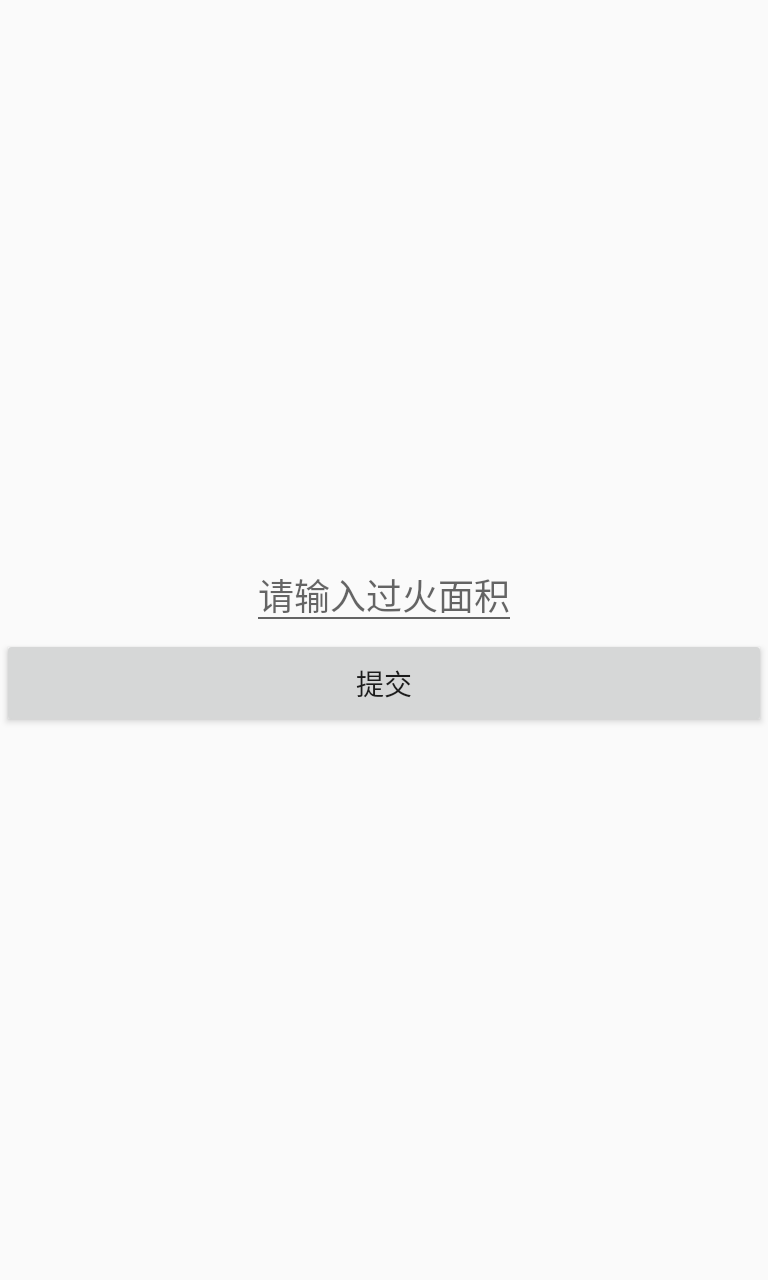
Repository: hohoTT/fireWork_handle_app
Layout: fireWork_handle_app/res/layout/normal_fire_water.xml
An editor plug-in stored every save of this project. The layout is shown before and after the next save, followed by the edit.
It is drawn on a 768 x 1280 px phone screen (xhdpi) without system bars, with theme AppTheme; the app's code is not run.

Above is the layout before, as saved 2016-03-02 04:44:06.

### fireWork_handle_app/res/layout/normal_fire_water.xml
<?xml version="1.0" encoding="utf-8"?>
<LinearLayout xmlns:android="http://schemas.android.com/apk/res/android"
    android:layout_width="match_parent"
    android:layout_height="match_parent"
    android:gravity="center_vertical"
    android:orientation="vertical" >

    <EditText
        android:id="@+id/fire_area"
        android:layout_width="wrap_content"
        android:layout_height="wrap_content"
        android:layout_gravity="center_horizontal"
        android:hint="@string/fire_area" />

    <Button
        android:id="@+id/btu_normal_fire_send"
        android:layout_width="match_parent"
        android:layout_height="wrap_content"

        android:text="@string/btn_send" />

</LinearLayout>

### fireWork_handle_app/res/values/strings.xml
<?xml version="1.0" encoding="utf-8"?>
<resources>

    <string name="app_name">fireWork_handle_app</string>
    <string name="hello_world">Hello world!</string>
    <string name="action_settings">Settings</string>


    <string name="btu_fire_calculate">现场计算</string>
    <string name="btu_fire_plan">火灾预案</string>
    <string name="btu_fire_agent">火灾剂用量计算</string>
    <string name="btu_water_power">供水压力计算</string>
    <string name="btu_normal_fire">一般火灾计算</string>
    <string name="btu_oilcan_fire">油罐火灾计算</string>
    <string name="fire_area">请输入过火面积</string>


    <string name="btn_send">提交</string>


</resources>

Loaded but not shown: fireWork_handle_app/res/values/styles.xml (common file); fireWork_handle_app/res/values-v11/styles.xml (common file); fireWork_handle_app/res/values-v14/styles.xml (common file)

After the next save:
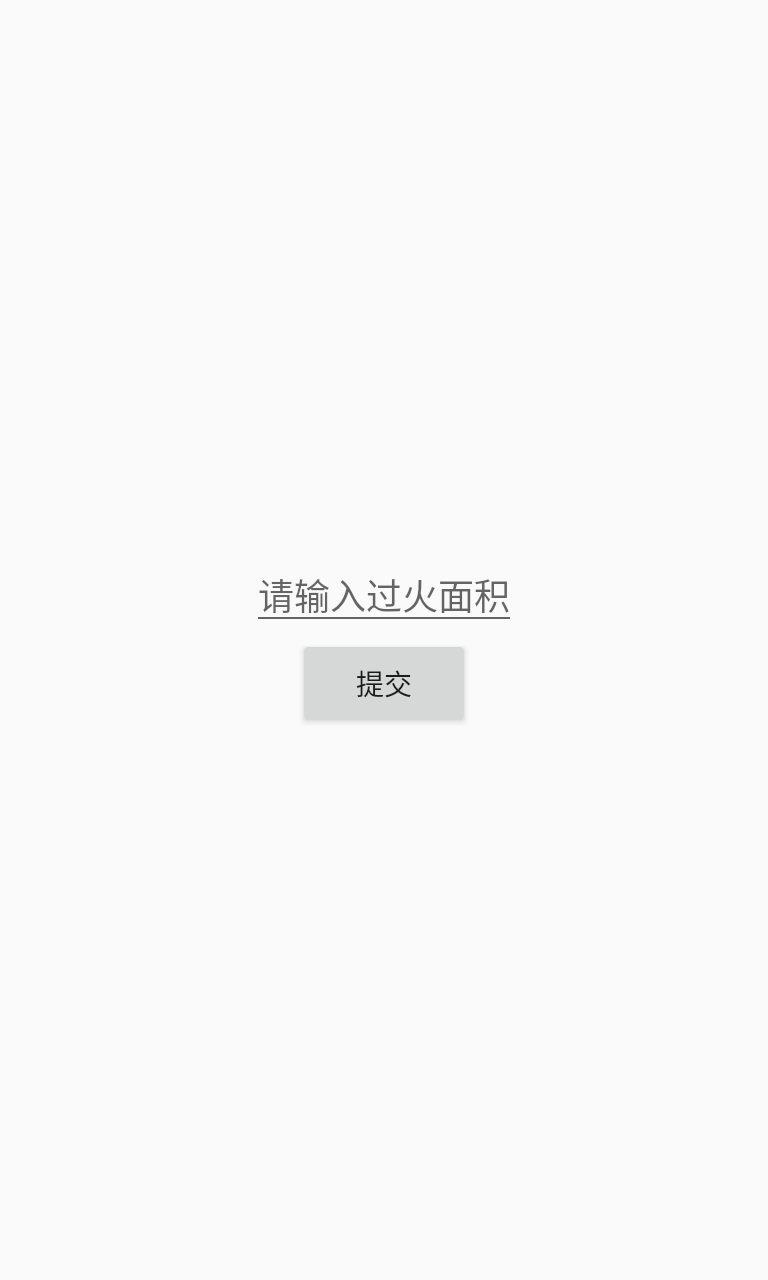
Saved 2 min 44 s later.
--- a/fireWork_handle_app/res/layout/normal_fire_water.xml
+++ b/fireWork_handle_app/res/layout/normal_fire_water.xml
@@ -14,7 +14,8 @@
 
     <Button
         android:id="@+id/btu_normal_fire_send"
-        android:layout_width="match_parent"
+        android:layout_width="wrap_content"
+        android:layout_gravity="center"
         android:layout_height="wrap_content"
 
         android:text="@string/btn_send" />
